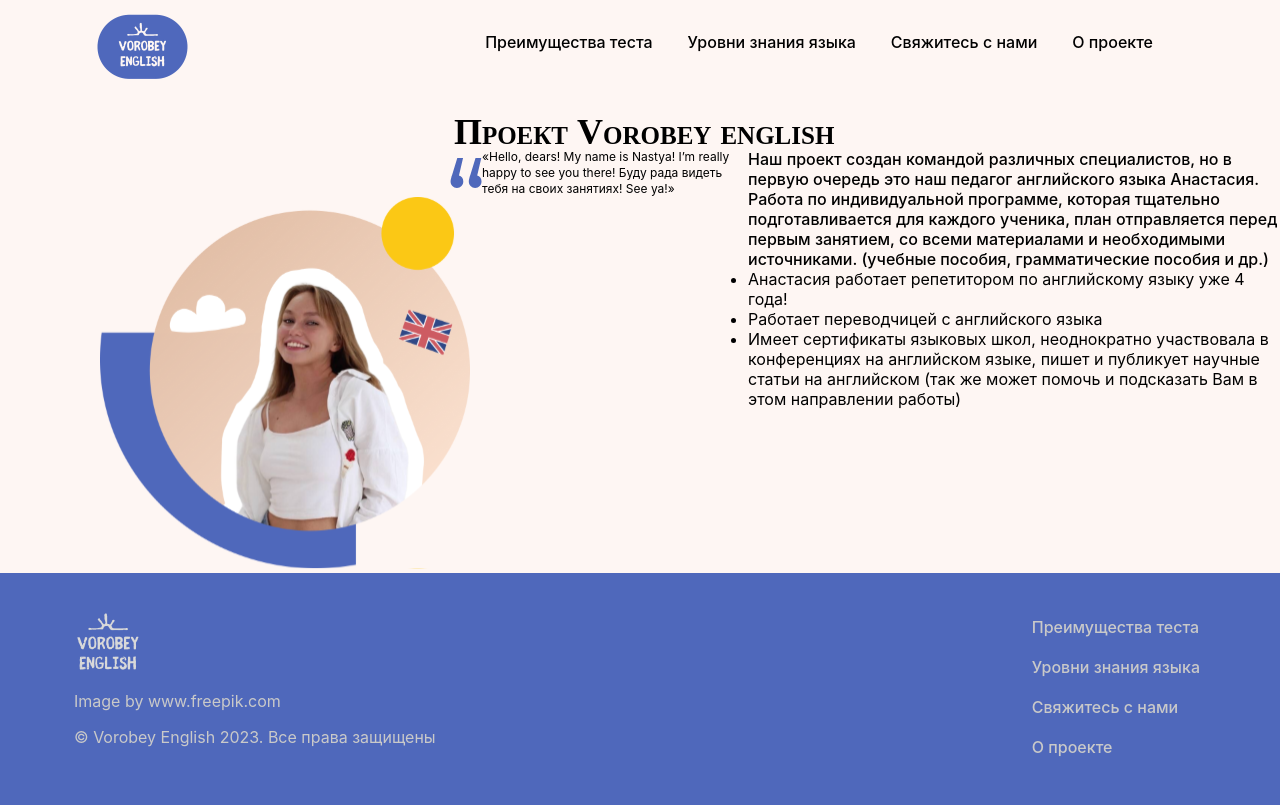
Repository: WladimirVA/PP-01-01_Dandelions
Page: info-customer.html
These files come from the project's save history. The page is drawn as it stood at one moment and after the next save; the edit follows.
The browser window is 1280 px wide. The pictures show the whole page.

Above is the page before, as saved 2023-03-17 11:24:44.

After the next save:
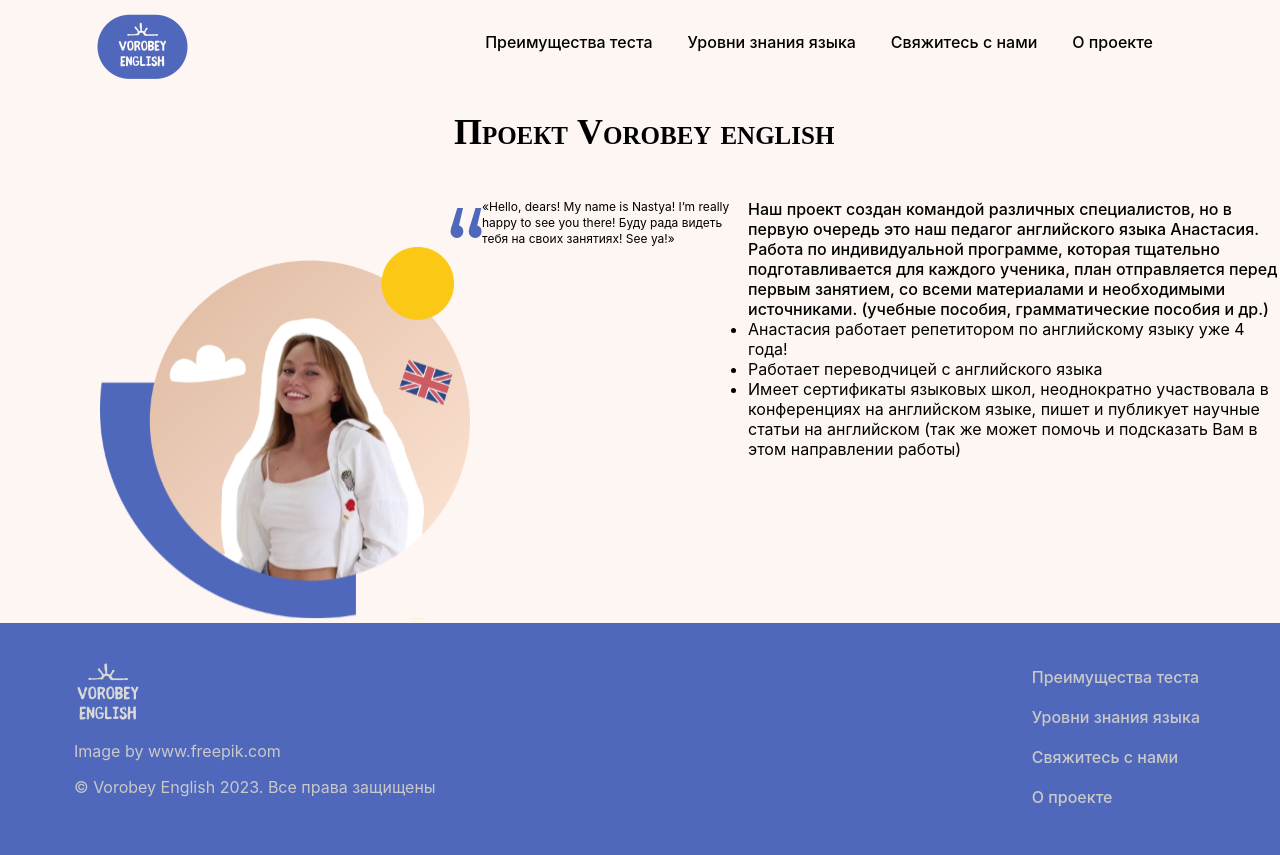
Saved 2 min 31 s later.
--- a/static/css/vorobey.css
+++ b/static/css/vorobey.css
@@ -41,6 +41,7 @@
 .vorobey-bloc1 {
     display: flex;
     justify-content: space-between;
+    padding-top: 50px;
 }
 
 .help-p {
